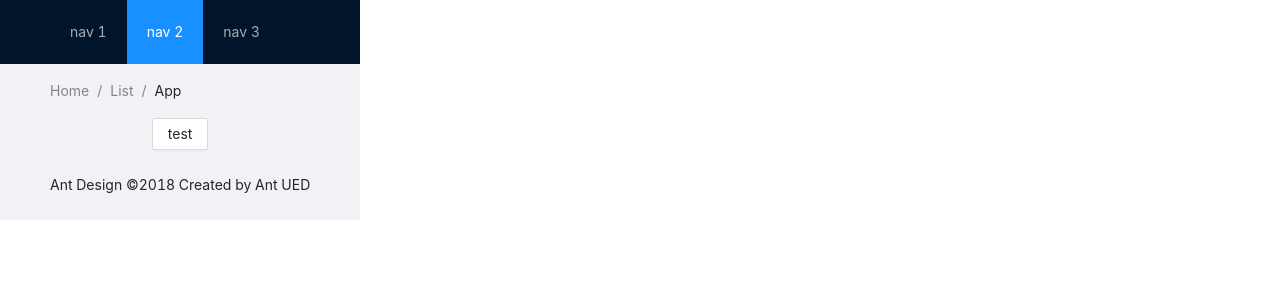
Repository: wiresurfer/rocketfarm-starter
Page: /
The author's editor kept a copy of each file at every save. The page is drawn from the files as they stood at one save, then again after the next save.
The browser window is 1280 px wide. The pictures show the whole page.
The project was rebuilt for these pictures with package versions that can differ from the ones it lists, and the page was loaded fresh each time.

Above is the page before, as saved 2020-06-16 17:24:48.

After the next save:
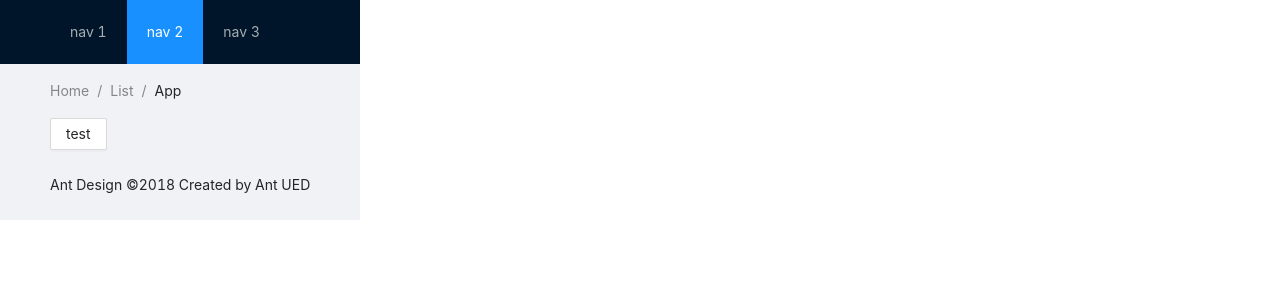
Saved 46 s later.
--- a/src/App.css
+++ b/src/App.css
@@ -4,41 +4,3 @@
   height: 100%;
   flex-grow: 1;
 }
-.App {
-  text-align: center;
-}
-
-.App-logo {
-  height: 40vmin;
-  pointer-events: none;
-}
-
-@media (prefers-reduced-motion: no-preference) {
-  .App-logo {
-    animation: App-logo-spin infinite 20s linear;
-  }
-}
-
-.App-header {
-  background-color: #282c34;
-  min-height: 100vh;
-  display: flex;
-  flex-direction: column;
-  align-items: center;
-  justify-content: center;
-  font-size: calc(10px + 2vmin);
-  color: white;
-}
-
-.App-link {
-  color: #61dafb;
-}
-
-@keyframes App-logo-spin {
-  from {
-    transform: rotate(0deg);
-  }
-  to {
-    transform: rotate(360deg);
-  }
-}
